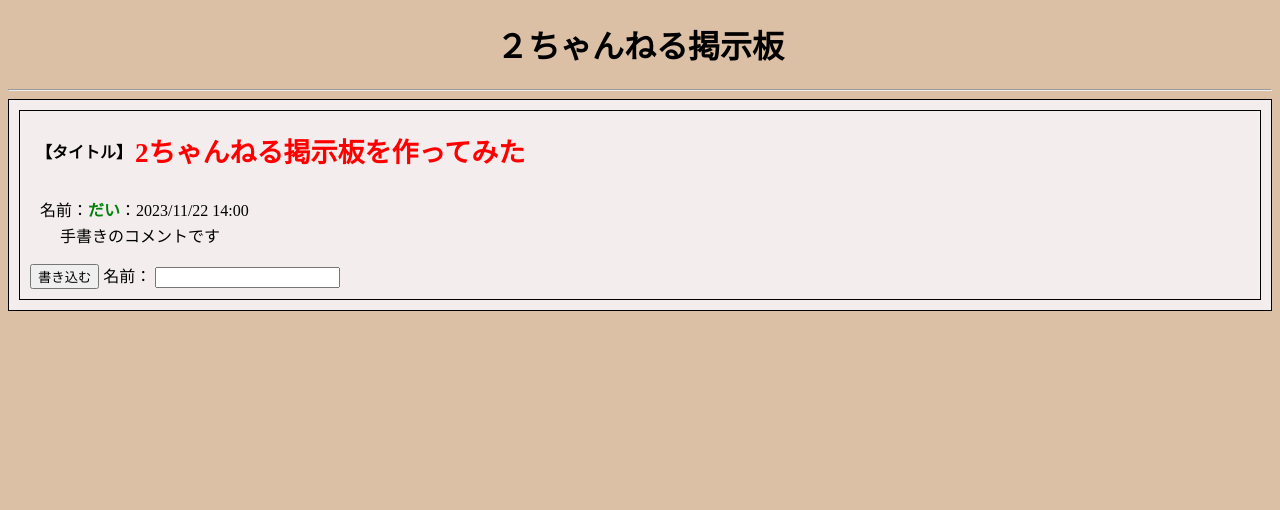
Repository: daidai0602/mba_portal
Page: http://localhost/
An editor plug-in stored every save of this project. The page is shown before and after a run of saves, followed by the edit.
The browser window is 1280 px wide. The pictures show the whole page.
The page is run by PHP 8.4 with error messages shown; the project is at /var/www/html/.

Above is the page before, as saved 2023-11-22 14:59:47.

### index.php
<!DOCTYPE html>
<html lang="ja">

<head>
  <meta charset="UTF-8">
  <meta name="viewport" content="width=device-width, initial-scale=1.0">
  <title>2ちゃんねる掲示板</title>
  <link rel="stylesheet" href="./assets/css/style.css">
</head>

<body>
  <header>
    <h1 class = "title">２ちゃんねる掲示板</h1>
    <hr>
  </header>

  <!--スレッドエリア-->
  <div class="threadWrapper">
    <div class="childWrapper">
      <div class= "threadTitle">
        <span>【タイトル】</span>
        <h1>2ちゃんねる掲示板を作ってみた</h1>
      </div>
      <section>
        <article>
          <div class="wrapper">
            <div class="nameArea">
              <span>名前：</span>
              <p class="username">だい</p>
              <time?>：2023/11/22 14:00</time>
            </div>
            <p class="comment">手書きのコメントです</p>
          </div>
        </article>
      </section>
      <form class="formWrapper">
        <div>
          <input type="submit" value="書き込む">
          <label>名前：</label>
          <input type="text">
        </div>
      </form>
    </div>
  </div>


</body>
</html>

### assets/css/style.css
body {
  background-color: #dcc0a6;
}
.title {
  text-align: center;
  font-style: 34px;
}
.threadWrapper {
  background-color: #f3eded;
  padding: 10px;
  max-width: 1300px;
  margin: 0px auto;
  border: 1px solid black;
  margin-bottom: 20px;
}
.childWrapper {
  border: 1px solid black;
  padding: 10px;
}
.threadTitle {
  display: flex;
  align-items: center;
  font-weight: 600;
  margin-left: 6px;
  height: 60px;
}
.threadTitle h1{
  color: red;
  margin-left: 3px;
  font-size: 27px;
}
section {
  padding: 0 10px;
}
section .nameArea {
  display: flex;
  align-items: center;
  margin-bottom: -14px;
}

section .username {
  color: rgb(0, 128, 9);
  font-weight: 700;
}

section .comment {
  margin-top: 0;
  margin-left:20px;
}

After the next 4 saves:
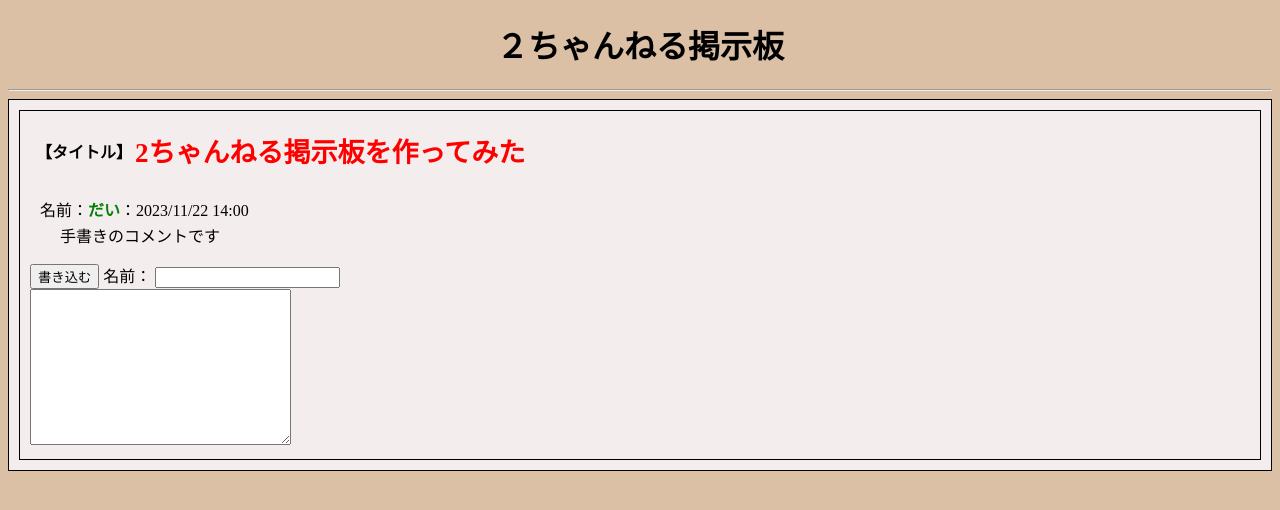
The 4 saves are shown as one change because they came seconds apart.
The last was saved 20 s later.
--- a/index.php
+++ b/index.php
@@ -39,6 +39,9 @@
           <label>名前：</label>
           <input type="text">
         </div>
+        <div>
+          <textarea name="" id="" cols="30" rows="10"></textarea>
+        </div>
       </form>
     </div>
   </div>
